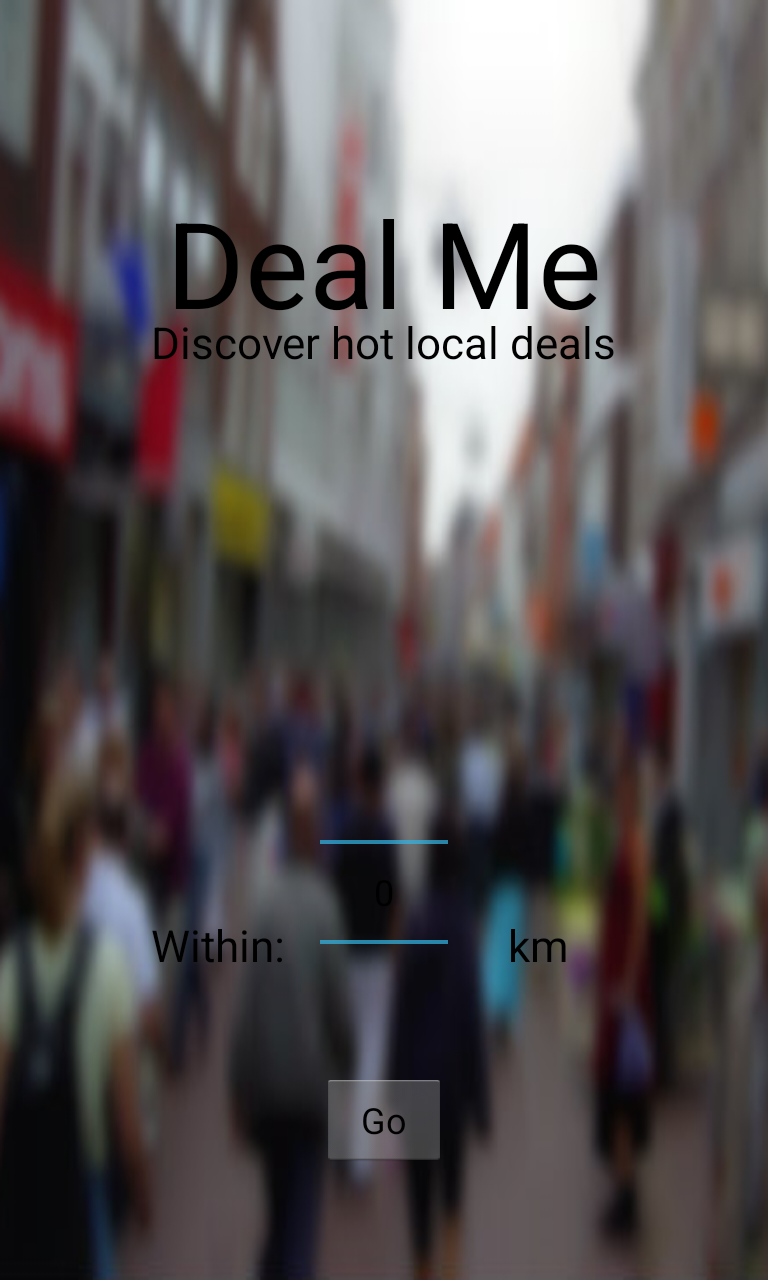
Repository: vmathur/mchacks
Layout: mobile/DealMe/res/layout/activity_main.xml
The author's editor kept a copy of each file at every save. The layout is drawn from the files as they stood at one save, then again after the next save.
It is drawn on a 768 x 1280 px phone screen (xhdpi) without system bars, with theme AppTheme; the app's code is not run.

Above is the layout before, as saved 2014-02-23 05:06:07.

After the next save:
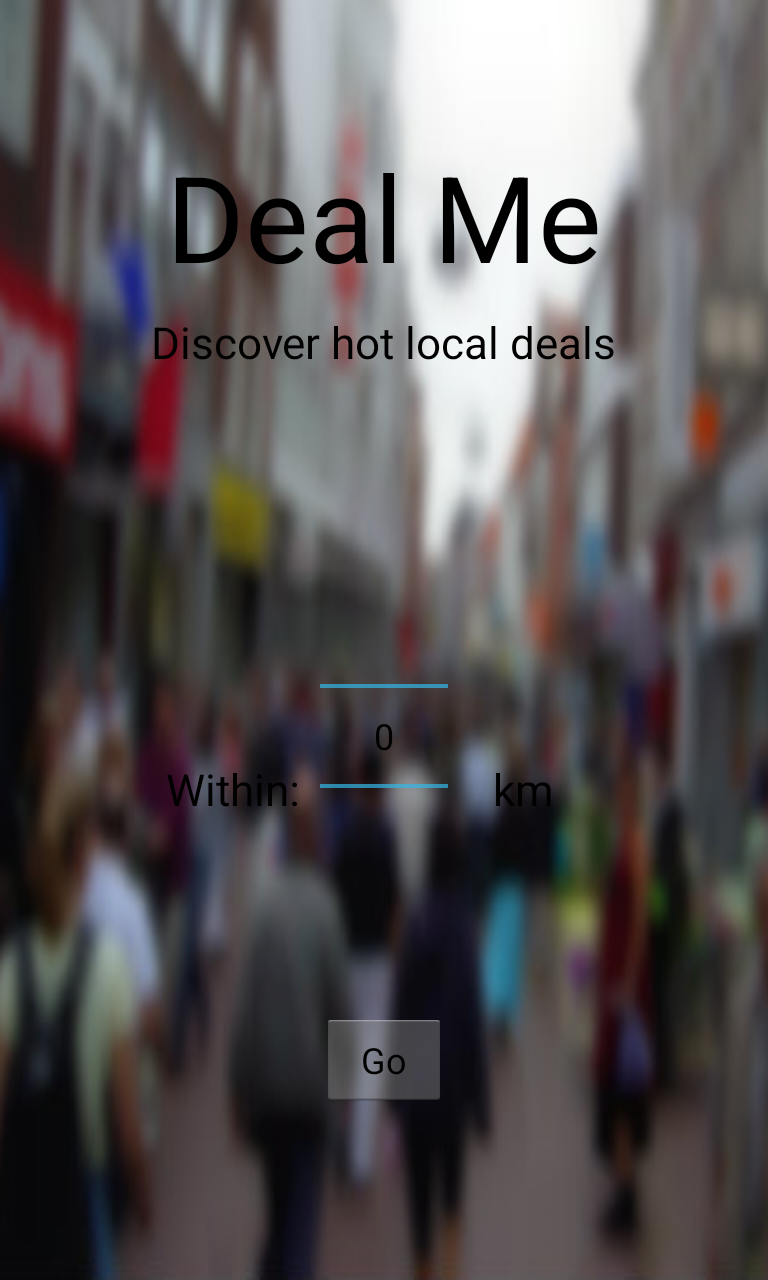
Saved 54 s later.
--- a/mobile/DealMe/res/layout/activity_main.xml
+++ b/mobile/DealMe/res/layout/activity_main.xml
@@ -15,27 +15,9 @@
         android:layout_height="wrap_content"
         android:layout_alignParentTop="true"
         android:layout_centerHorizontal="true"
-        android:layout_marginTop="75dp"
-        android:text="Deal Me"
-        android:textAppearance="?android:attr/textAppearanceLarge"
-        android:textSize="60dp" />
-
-    <TextView
-        android:id="@+id/textView1"
-        android:layout_width="wrap_content"
-        android:layout_height="wrap_content"
-        android:layout_alignParentTop="true"
-        android:layout_centerHorizontal="true"
         android:layout_marginTop="140dp"
         android:text="Discover hot local deals"
         android:textAppearance="?android:attr/textAppearanceLarge" />
-
-    <NumberPicker
-        android:id="@+id/numberPicker1"
-        android:layout_width="wrap_content"
-        android:layout_height="wrap_content"
-        android:layout_above="@+id/getdeals"
-        android:layout_centerHorizontal="true"/>
 
     <Button
         android:id="@+id/getdeals"
@@ -43,7 +25,7 @@
         android:layout_height="wrap_content"
         android:layout_alignParentBottom="true"
         android:layout_centerHorizontal="true"
-        android:layout_marginBottom="40dp"
+        android:layout_marginBottom="70dp"
         android:text="Go" />
 
 
@@ -69,6 +51,23 @@
         android:text="km"
         android:textAppearance="?android:attr/textAppearanceLarge" />
 
+    <TextView
+        android:id="@+id/textView1"
+        android:layout_width="wrap_content"
+        android:layout_height="wrap_content"
+        android:layout_alignParentTop="true"
+        android:layout_centerHorizontal="true"
+        android:layout_marginTop="52dp"
+        android:text="Deal Me"
+        android:textAppearance="?android:attr/textAppearanceLarge"
+        android:textSize="60dp" />
 
+    <NumberPicker
+        android:id="@+id/numberPicker1"
+        android:layout_width="wrap_content"
+        android:layout_height="wrap_content"
+        android:layout_above="@+id/getdeals"
+        android:layout_centerHorizontal="true"
+        android:layout_marginBottom="48dp" />
 
 </RelativeLayout>
